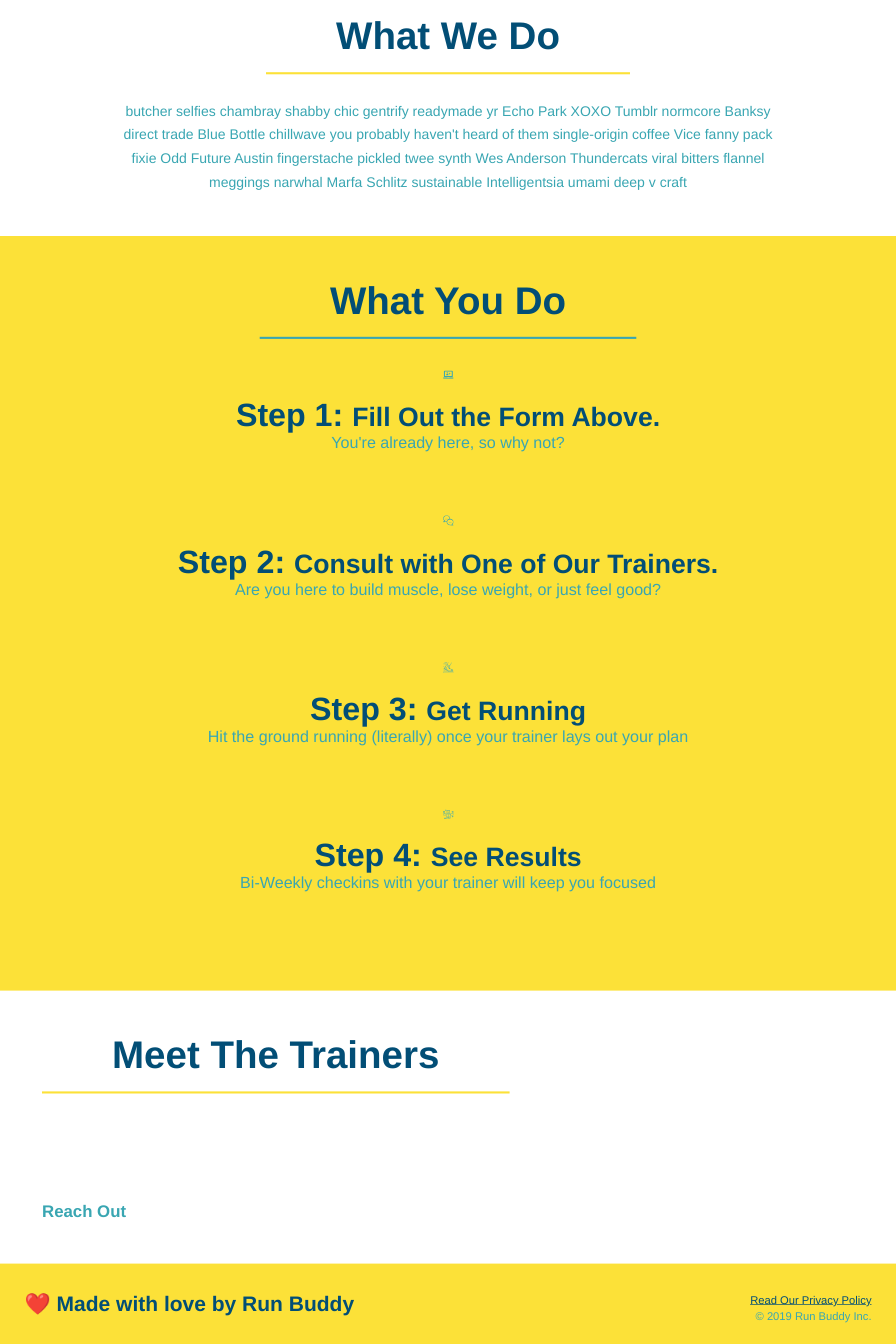
Repository: symlara/run-buddy
Page: index.html
The author's editor kept a copy of each file at every save. The page is drawn from the files as they stood at one save, then again after the next save.
The browser window is 1280 px wide. The pictures show the part of the page from y = 843 to 2763 px (the page is 2763 px tall), at 70% of full size.

Above is the page before, as saved 2020-12-10 13:24:03.

### index.html
<!DOCTYPE html>
<html lang="en">
    <head>
        <link rel="stylesheet" href="./assets/css/style.css" />
        <meta charset="UTF-8"/>
        <title>Run Buddy</title>
    </head>
    <body>
        <!-- navigation -->
        <header>
        <a href="/"><h1>RUN BUDDY</h1></a>
        <nav>
            <!-- Unordered list element -->
            <ul>
                <!-- List item element -->
                <li>
                    <!-- Anchor Element -->
                    <a href="#what-we-do">What We Do</a>
                </li>
                <li>
                    <a href="#what-you-do">What You Do</a>
                </li>
                <li>
                    <a href="#your-trainers">Your Trainers</a>
                </li>
                <li>
                    <a href="#reach-out">Reach Out</a>
                </li>
            </ul>
        </nav>
        </header>

        <!-- hero section -->
        <section class="hero">
        <div class="hero-form">
            <h3>Get Started Today</h3>
            <p>Fill out this form and one of our trainers will schedule a consult</p>
            <!-- Add form elements -->
            <form>
                <label for="name">Enter full name:</label>
                <input type="text" placeholder="Your Name" name="name" id="name" class="form-input" />
                <label for="email">Enter Email Address:</label>
                <input type="email" placeholder="Email Address" name="email" id="email" class="form-input" />
                <label for="phone">Enter a telephone number</label>
                <input type="tel" placeholder="Phone Number" name="phone" id="phone" class="form-input" />
                <p>
                    Have you worked out with a trainer before?
                    <input type="radio" name="trainer-confirm" id="trainer-yes" />
                    <label for="trainer-yes">Yes</label>
                    <input type="radio" name="trainer-confirm" id="trainer-no" />
                    <label for="trainer-no">No</label>
                </p>
                <p>
                    <label for="checkbox">
                    I acknowledge that I am at least 18 years of age.
                    </label>
                    <input type="checkbox" name="age-confirm" id="checkbox" />
                </p>
                <button type="submit">
                    Get running!
                </button>
            </form>
        </div>
    </section>
    <!-- end hero -->

        <!-- hero/jumbotron -->
        <section></section>

        <!-- "what we do" section -->
        <section id="what-we-do" class="intro">
            <h2 class="section-title primary-border">What We Do</h2>
            <p>
                butcher selfies chambray shabby chic gentrify readymade yr Echo Park XOXO Tumblr normcore Banksy direct trade Blue Bottle chillwave you probably haven't heard of them single-origin coffee Vice fanny pack fixie Odd Future Austin fingerstache pickled twee synth Wes Anderson Thundercats viral bitters flannel meggings narwhal Marfa Schlitz sustainable Intelligentsia umami deep v craft
            </p>
        </section>

        <!-- "what you do" section -->
        <section id="what-you-do" class="steps">
            <h2 class="section-title secondary-border">What You Do</h2>

            <div>
                <!-- insert this img element -->
                <img src="./assets/images/step-1.svg" alt="" />
                <h3>Step 1: <span>Fill Out the Form Above.</span></h3>
                <p>You're already here, so why not?</p>
            </div>

            <div>
                <!-- insert this img element -->
                <img src="./assets/images/step-2.svg" alt="" />
                <h3>Step 2: <span>Consult with One of Our Trainers.</span></h3>
                <p>Are you here to build muscle, lose weight, or just feel good?</p>
            </div>

            <div>
                <!-- insert this img element -->
                <img src="./assets/images/step-3.svg" alt="" />
                <h3>Step 3: <span>Get Running</span></h3>
                <p>Hit the ground running (literally) once your trainer lays out your plan</p>
            </div>

            <div>
                <!-- insert this img element -->
                <img src="./assets/images/step-4.svg" alt="" />
                <h3>Step 4: <span>See Results</span></h3>
                <p>Bi-Weekly checkins with your trainer will keep you focused</p>
            </div>
        </section>

        <!-- "meet the trainers" section -->
        <section id="your-trainers" class="your-trainers">
            <h2 class="section-title primary-border">Meet The Trainers

            </h2>

        </section>

        <!-- "reach out" section -->
        <section>
            <h2>Reach Out</h2>
        </section>

        <!-- footer -->
        <footer>
            <h2>❤️ Made with love by Run Buddy</h2>
            <div>
                <a href="#">Read Our Privacy Policy</a><br />
                &copy; 2019 Run Buddy Inc.
            </div>
        </footer>
    </body>

    </html>

### assets/css/style.css
* {
    margin: 0;
    padding: 0;
    box-sizing: border-box;
}


body {
    /* more on this crazy alphanumerical value in a minute */
    color: #39a6b2;
    font-family: Helvetica, Arial, sans-serif;
}

/* apply styles to header */
header {
    padding: 20px 35px;
    background-color: #39a6b2;
}

header h1 {
    font-weight: bold;
    font-size: 36px;
    color: #fce138;
    margin: 0;
    display: inline;
}

header a {
    text-decoration: none;
    color: #fce138;
}

header nav {
    float: right;
    margin: 7px 0;
}

header nav ul li {
    display: inline;
}

header nav ul li a {
    margin: 0 30px;
    font-weight: lighter;
    font-size: 22px;
}

footer {
    background: #fce138;
    width: 100%;
    padding: 40px 35px;
  }

footer h2 {
    display: inline;
    color: #024e76;
    font-size: 30px;
    margin: 0;
}

footer div {
    float: right;
    line-height: 1.5;
    text-align: right;
}

footer a {
    color: #024e76;
}

section {
    padding: 60px;
}

/* Hero Style Start */
.hero {
    background-image: url("../images/hero-bg.jpg");
    height: 600px;
    background-size: cover;
    background-position: center;
    position: relative;
}
/*The height property fixed at 600px gives an exact size of the section, which is important in this context to allow room for the sign-up form.*/


.hero-form {
    border: solid 3px #024e76;
    background-color: #fce138;
    padding: 20px;
    width: 500px;
    color: #024e76;
    position: absolute;
    bottom: 120px;
    right: 140px;
}

.hero-form h3 {
    font-size: 24px;
    margin: 0;
}

.hero-form p {
    margin: 5px 0 15px 0;
}

.form-input {
    border: 1px solid #024e76;
    display: block;
    padding: 7px 15px;
    font-size: 16px;
    color: #024e76;
    width: 100%;
    margin-bottom: 15px;
}

.hero-form label {
    margin: 0 5px;
}

.hero-form button {
    color: #fce138;
    background-color: #024e76;
    border: none;
    padding: 10px 20px;
    font-size: 16px;
}
/* Hero Style End */

/*What We Do Section */
.intro {
    text-align: center;
}

.intro p {
    line-height: 1.7;
    color: #39a6b2;
    width: 80%;
    font-size: 20px;
    margin: 0 auto;
}

/*What We Do End*/

.section-title {
    display: inline-block;
    font-size: 55px;
    color: #024e76;
    margin-bottom: 35px;
    padding: 0 100px 20px 100px;
    border-bottom: 3px solid;
}

.primary-border {
    border-color: #fce138;
}

.secondary-border {
    border-color: #39a6b2;
}

/* What You Do Section */
.steps {
    text-align: center;
    background: #fce138;
}

.steps div {
    margin-bottom: 80px;
}

.steps img {
    width: 15px;
    margin: 10px 0;
}

.steps h3 {
    color: #024e76;
    font-size: 46px;
    margin-top: 10px;
}

.steps p {
    color: #39a6b2;
    font-size: 23px;
}

.steps span {
    font-size: 38px;
}


/* What You Do End */

After the next save:
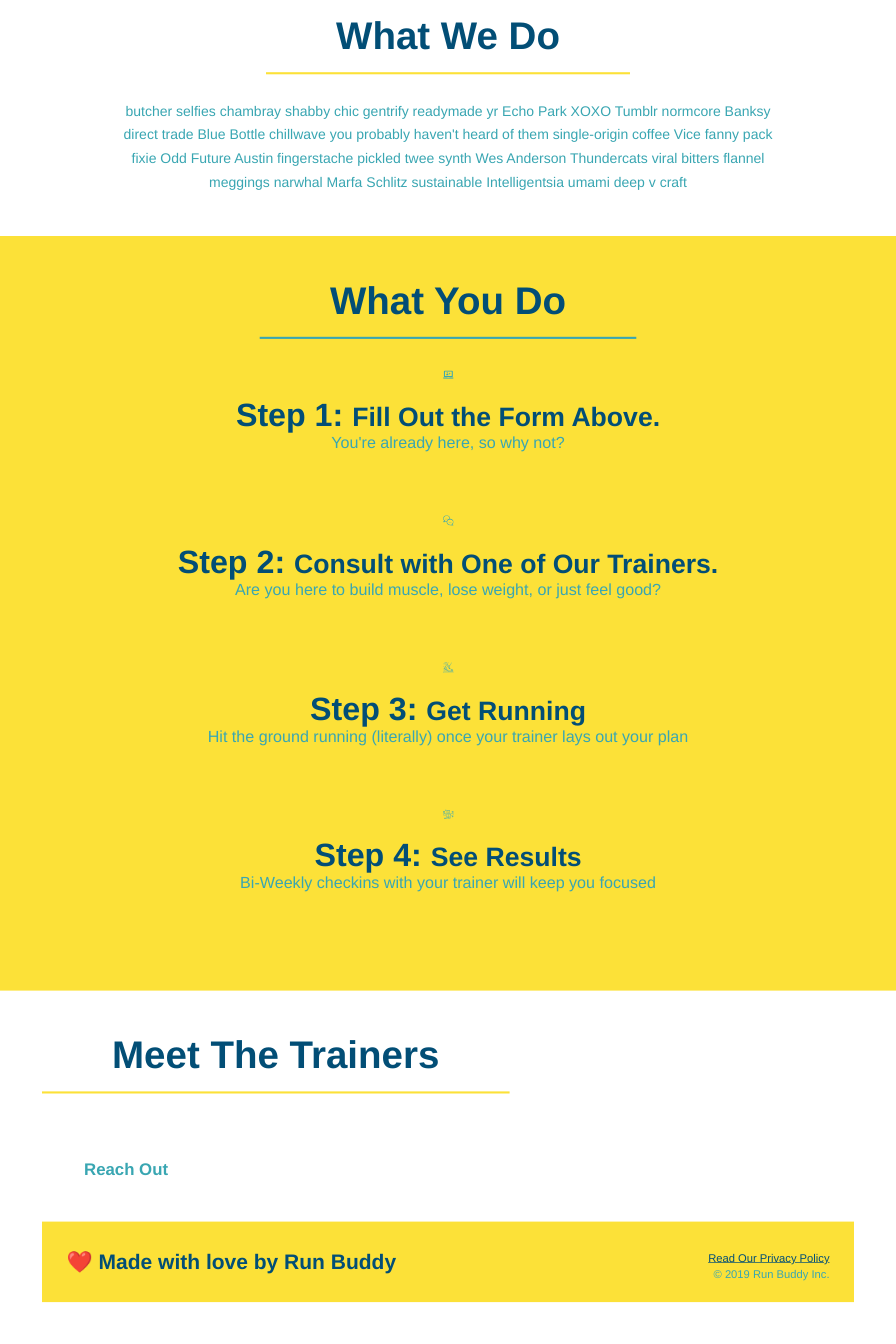
Saved 12 s later.
--- a/index.html
+++ b/index.html
@@ -113,7 +113,7 @@
             <h2 class="section-title primary-border">Meet The Trainers
 
             </h2>
-
+            <article class=""
         </section>
 
         <!-- "reach out" section -->

After the 2 saves that followed:
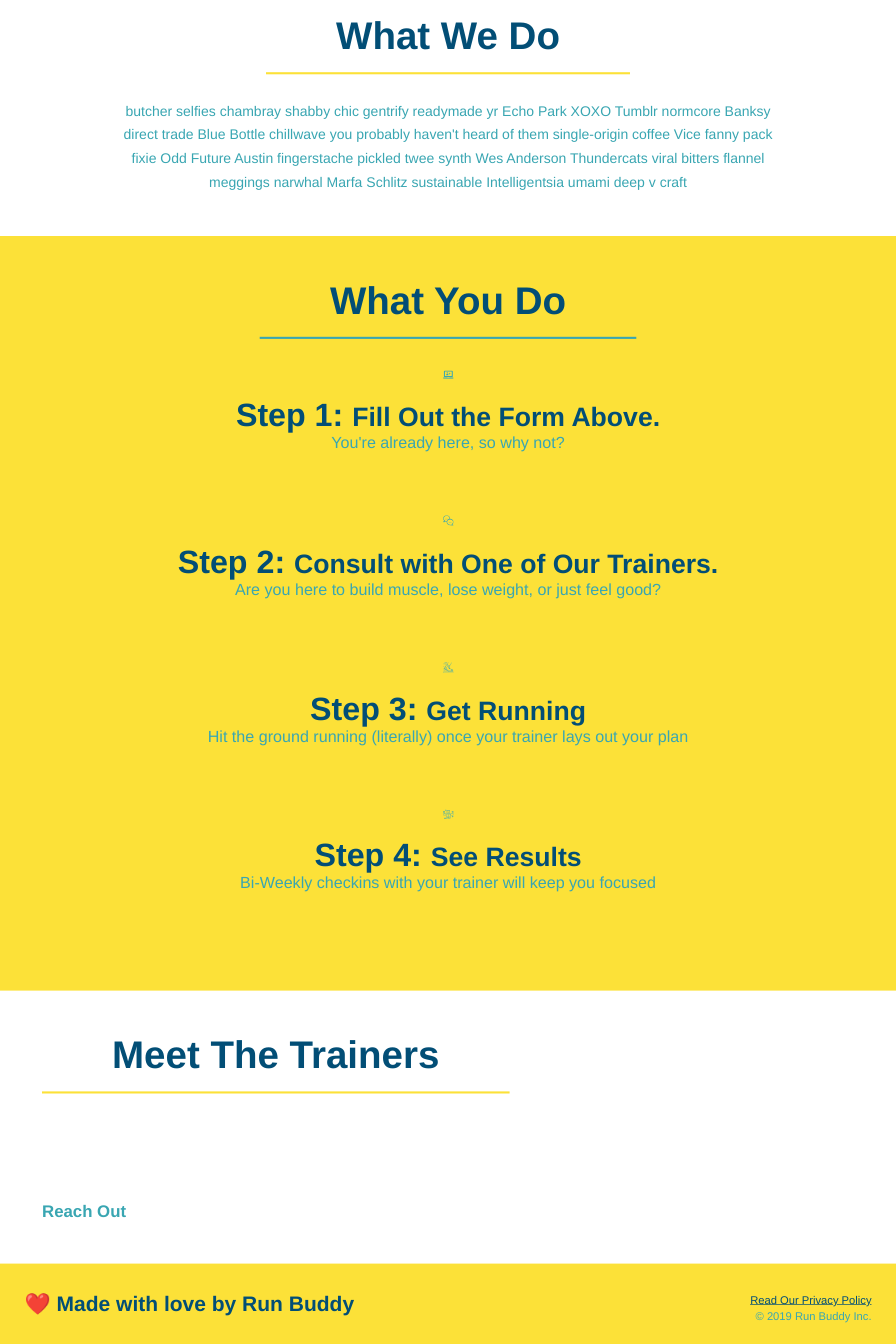
The 2 saves are shown as one change because they came seconds apart.
The last was saved 6 s later.
--- a/index.html
+++ b/index.html
@@ -113,7 +113,7 @@
             <h2 class="section-title primary-border">Meet The Trainers
 
             </h2>
-            <article class=""
+            <article class="trainer"></article>
         </section>
 
         <!-- "reach out" section -->
